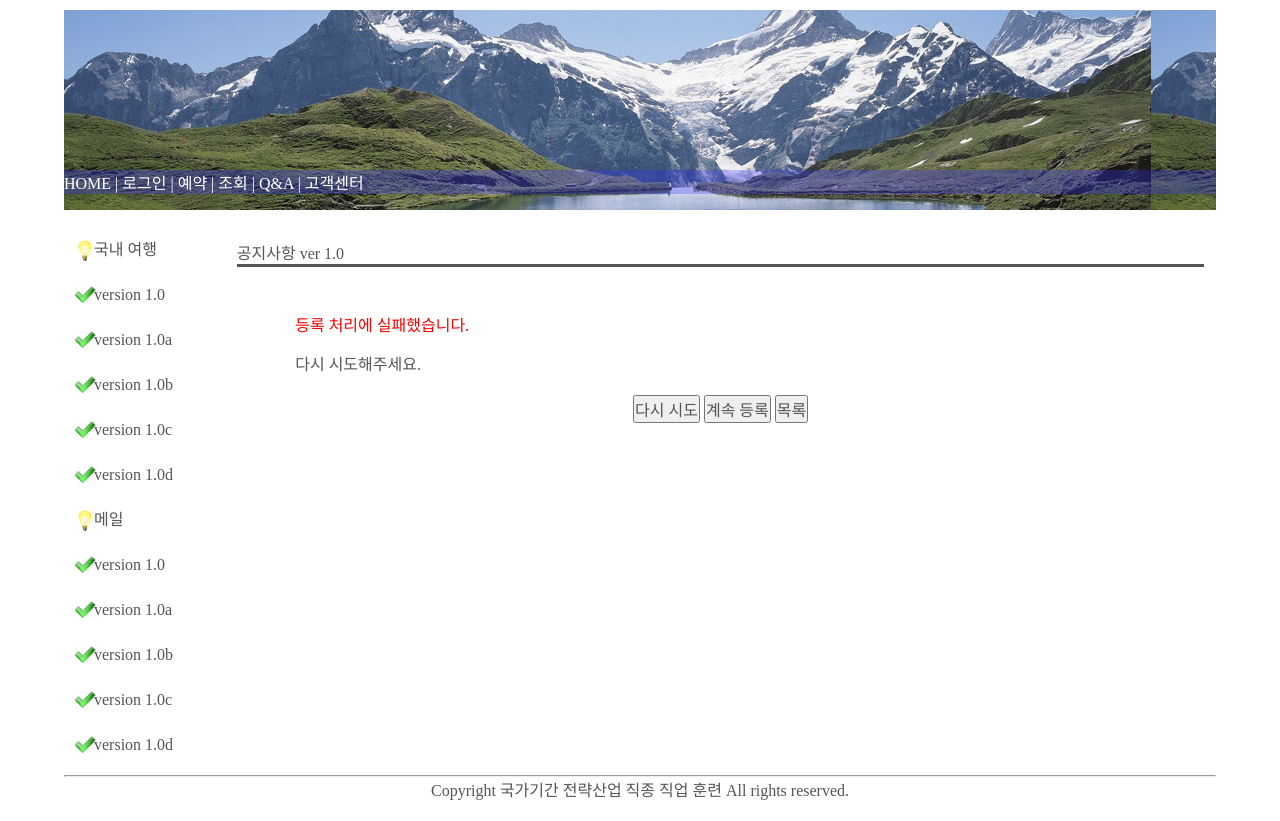
Repository: jangky000/ai_web
Page: http://localhost/blog_v2jc/mail_app/create_proc.jsp
An editor plug-in stored every save of this project. The page is shown before and after the next save, followed by the edit.
The browser window is 1280 px wide. The pictures show the whole page.
The page is served by Tomcat 9. Queries for data that is not in the repository find no rows.

Above is the page before, as saved 2020-03-27 05:38:39.

After the next save:
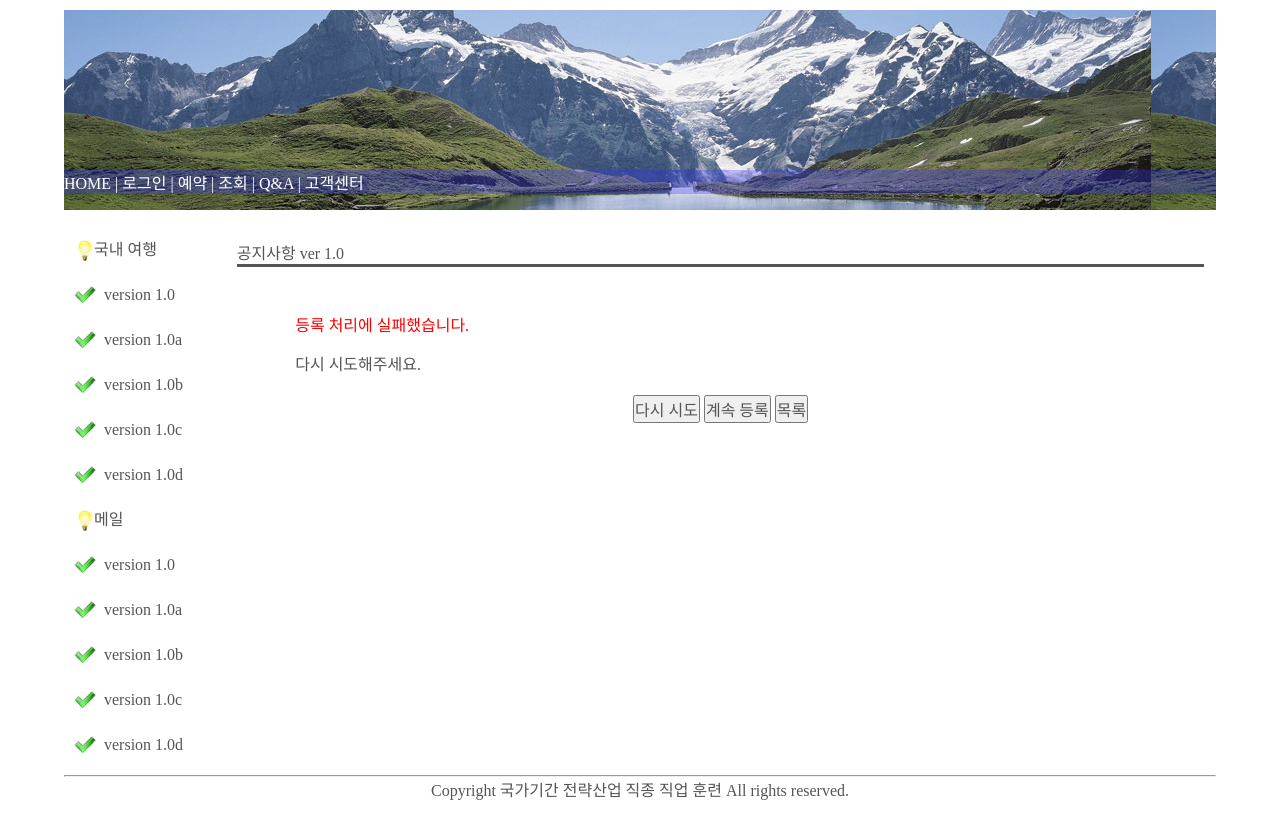
Saved 33 s later.
--- a/ws__frame/blog_v2jc/WebContent/css/style.css
+++ b/ws__frame/blog_v2jc/WebContent/css/style.css
@@ -230,6 +230,6 @@
     margin: 15px 10px;
     background: url(./images/li_left_menu_2.png) left center no-repeat; /* url 왼쪽 중간 반복x */
     background-size: 22px;
-    padding-left: 20px;
+    padding-left: 30px;
     line-height: 30px;
   }
